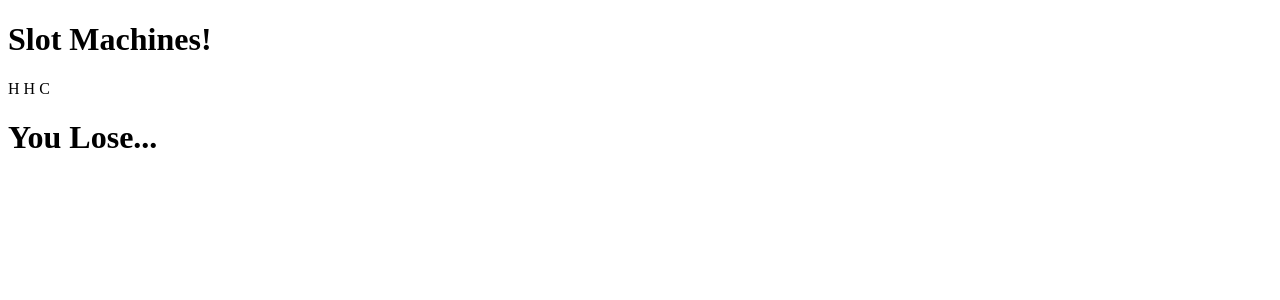
Repository: randy918/colt-react
Page: index.html
An editor plug-in stored every save of this project. The page is shown before and after the next save, followed by the edit.
The browser window is 1280 px wide. The pictures show the whole page.

Above is the page before, as saved 2023-01-30 20:30:55.

After the next save:
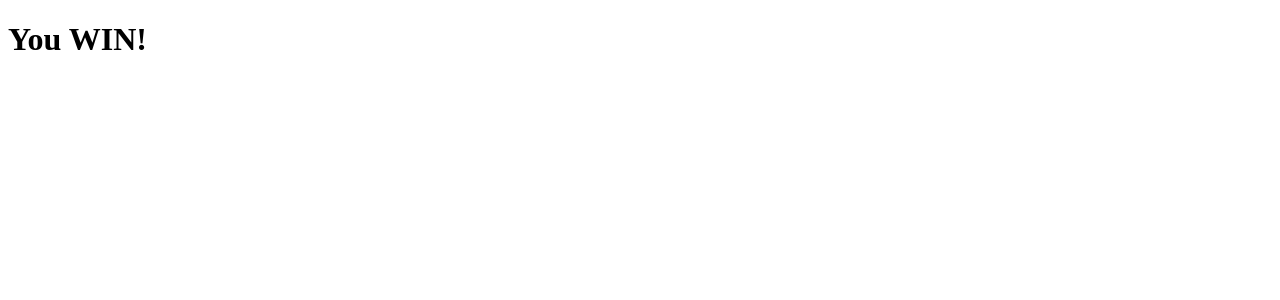
Saved 6 min 24 s later.
--- a/SlotMachine.js
+++ b/SlotMachine.js
@@ -17,11 +17,11 @@
 
 		return (
 			<div>
-				<h1>{sTitle}</h1>
+				<h1>{this.sTitle}</h1>
 
-				<p>{s1} {s2} {s3}</p>
+				<p>{this.s1} {this.s2} {this.s3}</p>
 
-                <h1>{(s1 === s2) && (s1 === s3) ? "You WIN!" : "You Lose..."}</h1>
+                <h1>{(this.s1 === this.s2) && (this.s1 === this.s3) ? "You WIN!" : "You Lose..."}</h1>
 
 
 			</div>

After the 2 saves that followed:
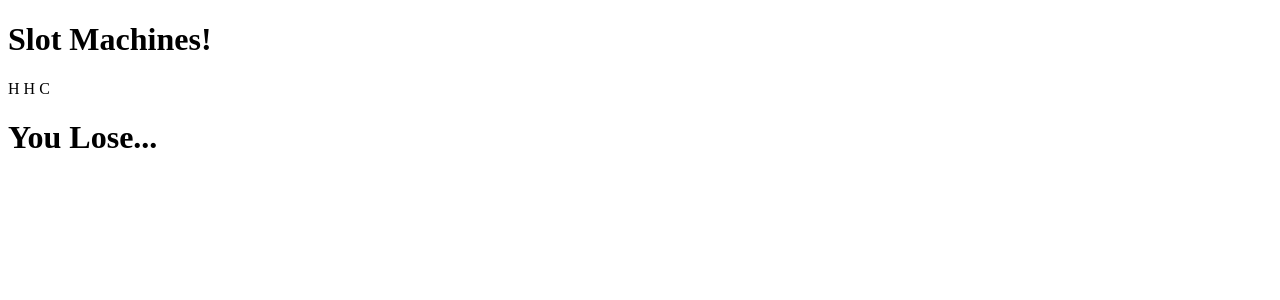
The 2 saves are shown as one change because they came seconds apart.
The last was saved 8 s later.
--- a/SlotMachine.js
+++ b/SlotMachine.js
@@ -17,11 +17,11 @@
 
 		return (
 			<div>
-				<h1>{this.sTitle}</h1>
+				<h1>{sTitle}</h1>
 
-				<p>{this.s1} {this.s2} {this.s3}</p>
+				<p>{s1} {s2} {s3}</p>
 
-                <h1>{(this.s1 === this.s2) && (this.s1 === this.s3) ? "You WIN!" : "You Lose..."}</h1>
+                <h1>{(s1 === s2) && (s1 === s3) ? "You WIN!" : "You Lose..."}</h1>
 
 
 			</div>
